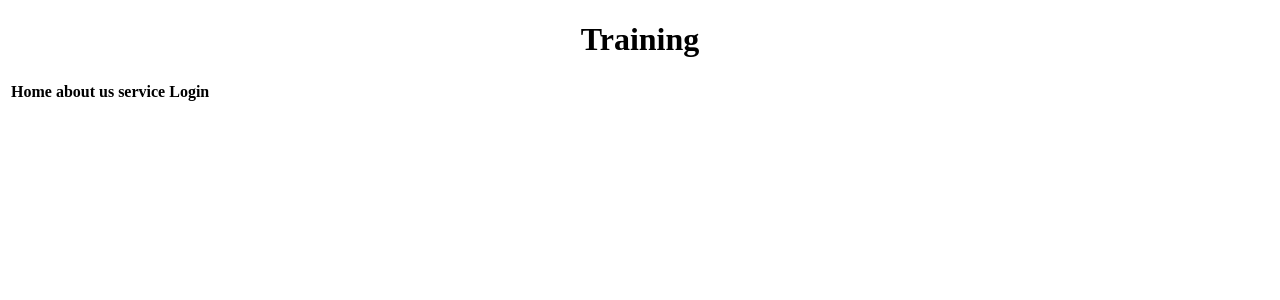
Repository: MethaniVanya/name
Page: cts46/Training/WebContent/Login.html
These files come from the project's save history. The page is drawn as it stood at one moment and after the next save; the edit follows.
The browser window is 1280 px wide. The pictures show the whole page.

Above is the page before, as saved 2020-03-02 11:06:58.

After the next save:
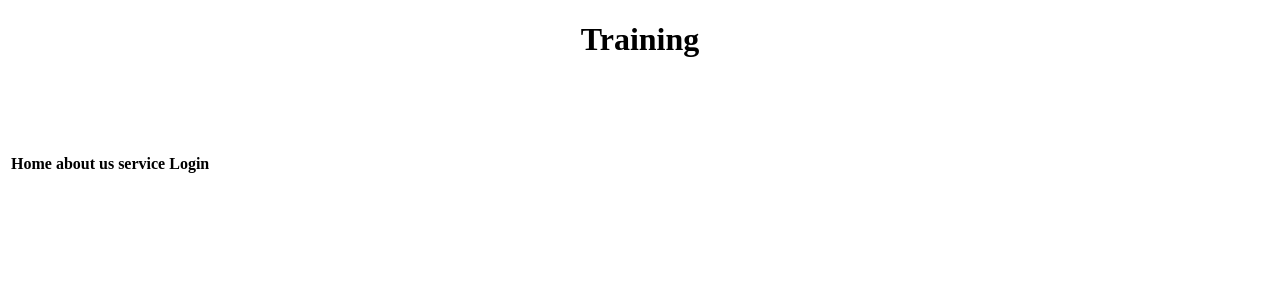
Saved 40 s later.
--- a/cts46/Training/WebContent/Login.html
+++ b/cts46/Training/WebContent/Login.html
@@ -8,10 +8,10 @@
 <h1 align="center">Training </h1>
 <table>
   <tr>
-    <th>Home</th>
-    <th>about us</th>
-     <th>service</th>
-    <th>Login</th>
+    <th>Home</th><br>
+    <th>about us</th><br>
+     <th>service</th><br>
+    <th>Login</th><br
      </tr>
 </body>
 </html>
